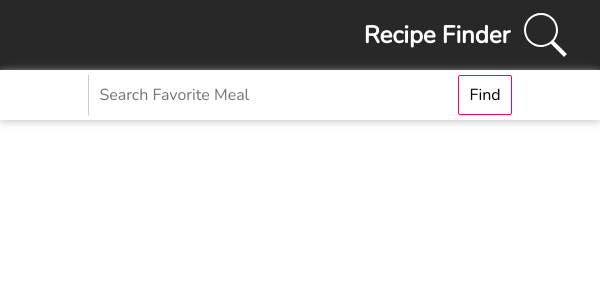
Repository: burntaftermint/recipes
Page: index.html
An editor plug-in stored every save of this project. The page is shown before and after the next save, followed by the edit.
The browser window is 600 px wide. The pictures show the whole page.
The page's requests for data from a server got no answer.

Above is the page before, as saved 2023-11-07 03:22:21.

After the next save:
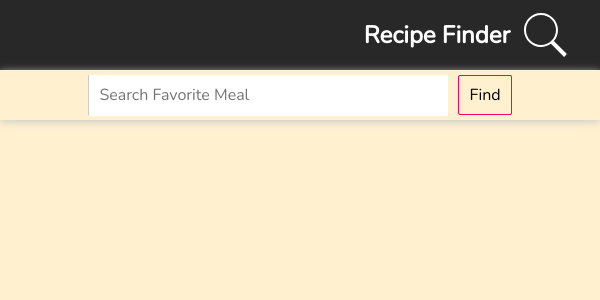
Saved 2 min 27 s later.
--- a/style.css
+++ b/style.css
@@ -172,3 +172,9 @@ header img {
 .hide {
     display: none;
 }
+
+@media only screen and (max-width: 700px) {
+    body{
+        background: rgb(255, 240, 207);
+    }
+}
